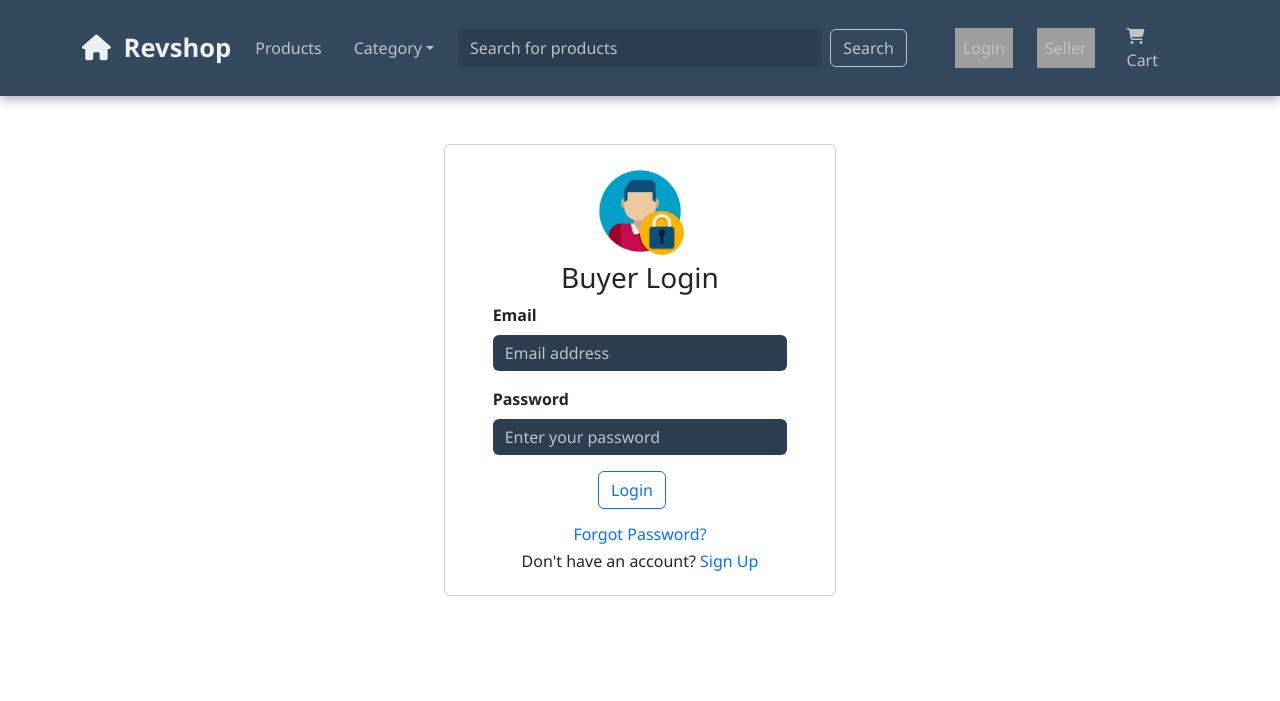
Repository: pratikp99/E-Commerce-Webapp-
Page: http://localhost/Revshop_WebApp/login.jsp
The author's editor kept a copy of each file at every save. The page is drawn from the files as they stood at one save, then again after the next save.
The browser window is 1280 px wide. The pictures show the whole page.
Pictures or frames that could not be fetched are drawn as grey boxes. The page is served by Tomcat 10. Queries for data that is not in the repository find no rows.

Above is the page before, as saved 2024-08-31 15:37:51.

After the next save:
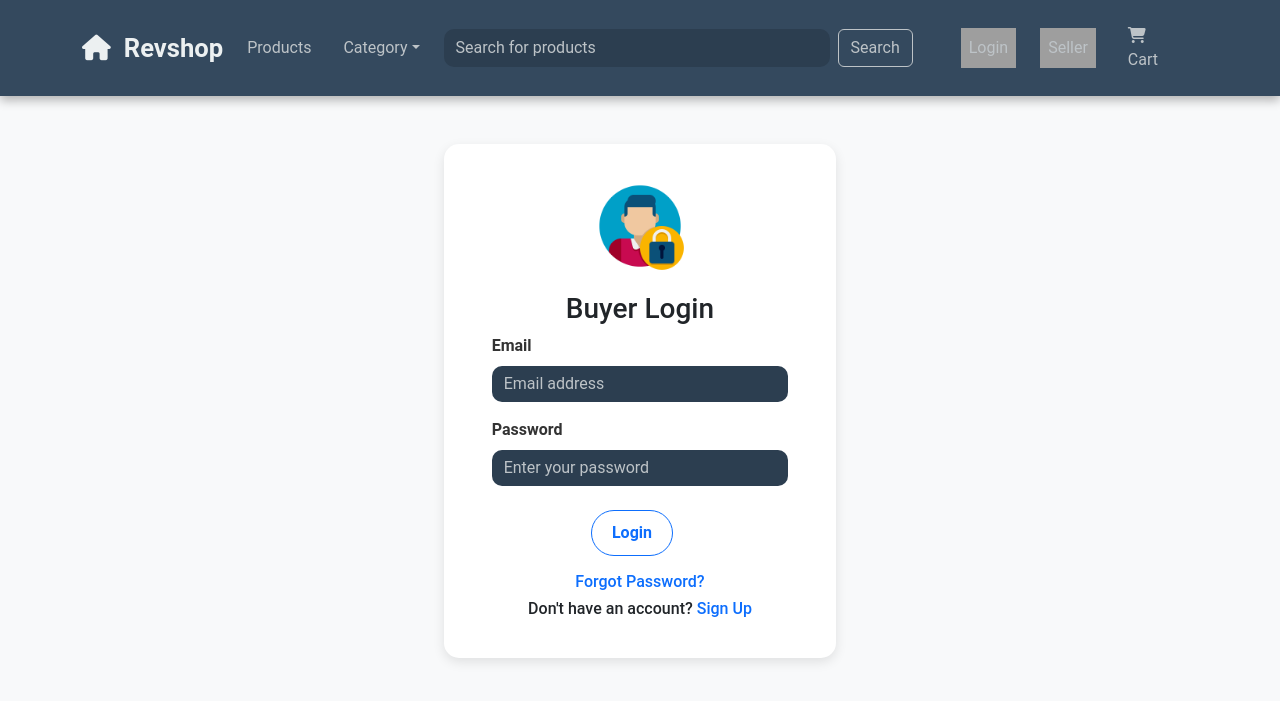
Saved 2 min 59 s later.
--- a/Revshop WebApp/src/main/webapp/login.jsp
+++ b/Revshop WebApp/src/main/webapp/login.jsp
@@ -1,64 +1,54 @@
-<%@ page language="java" contentType="text/html; charset=ISO-8859-1"
-	pageEncoding="ISO-8859-1"%>
+<%@ page language="java" contentType="text/html; charset=ISO-8859-1" pageEncoding="ISO-8859-1"%>
 <!DOCTYPE html>
-<html>
+<html lang="en">
 <head>
-<meta charset="ISO-8859-1">
-<title>Login</title>
-<%@include file="Components/common_css_js.jsp"%>
-<style>
-label{
-	font-weight: bold;
-}
-</style>
+    <meta charset="ISO-8859-1">
+    <meta name="viewport" content="width=device-width, initial-scale=1, shrink-to-fit=no">
+    <title>Buyer Login</title>
+    <%@include file="Components/common_css_js.jsp"%>
+    <link rel="stylesheet" href="styles2.css">
 </head>
-<body >
+<body>
 
-	<!--navbar -->
-	<%@include file="Components/navbar.jsp"%>
+    <!--navbar -->
+    <%@include file="Components/navbar.jsp"%>
 
-	<div class="container-fluid">
-		<div class="row mt-5">
-			<div class="col-md-4 offset-md-4">
-				<div class="card">
-					<div class="card-body px-5">
+    <div class="container-fluid">
+        <div class="row mt-5">
+            <div class="col-md-4 offset-md-4">
+                <div class="card">
+                    <div class="card-body px-5">
+                        <div class="container text-center">
+                            <img src="Images/login.png" style="max-width: 100px;" class="img-fluid">
+                        </div>
+                        <h3 class="text-center mt-3">Buyer Login</h3>
+                        <%@include file="Components/alert_message.jsp" %>
 
-						<div class="container text-center">
-							<img src="Images/login.png" style="max-width: 100px;"
-								class="img-fluid">
-						</div>
-						<h3 class="text-center">Buyer Login</h3>
-						<%@include file="Components/alert_message.jsp" %>
-
-						<!--login-form-->
-						<form id="login-form" action="login" method="post">
-							<input type="hidden" name="login" value="user">
-							<div class="mb-3">
-								<label class="form-label">Email</label> <input
-									type="email" name="user_email" placeholder="Email address"
-									class="form-control" required>
-							</div>
-							<div class="mb-3">
-								<label class="form-label">Password</label>
-								<input type="password" name="user_password"
-									placeholder="Enter your password" class="form-control" required>
-							</div>
-							<div id="login-btn" class="container text-center">
-								<button type="submit" class="btn btn-outline-primary me-3">Login</button>
-							</div>
-						</form>
-						<div class="mt-3 text-center">
-							<h6><a href="forgot_password.jsp" style="text-decoration: none">Forgot Password?</a></h6>
-							<h6>
-								Don't have an account?<a href="register.jsp"
-									style="text-decoration: none"> Sign Up</a>
-							</h6>
-						</div>
-					</div>
-
-				</div>
-			</div>
-		</div>
-	</div>
+                        <!--login-form-->
+                        <form id="login-form" action="login" method="post">
+                            <input type="hidden" name="login" value="user">
+                            <div class="mb-3">
+                                <label class="form-label">Email</label>
+                                <input type="email" name="user_email" placeholder="Email address" class="form-control" required>
+                            </div>
+                            <div class="mb-3">
+                                <label class="form-label">Password</label>
+                                <input type="password" name="user_password" placeholder="Enter your password" class="form-control" required>
+                            </div>
+                            <div id="login-btn" class="container text-center mt-4">
+                                <button type="submit" class="btn btn-outline-primary me-3">Login</button>
+                            </div>
+                        </form>
+                        <div class="mt-3 text-center">
+                            <h6><a href="forgot_password.jsp" style="text-decoration: none">Forgot Password?</a></h6>
+                            <h6>
+                                Don't have an account?<a href="register.jsp" style="text-decoration: none"> Sign Up</a>
+                            </h6>
+                        </div>
+                    </div>
+                </div>
+            </div>
+        </div>
+    </div>
 </body>
 </html>
